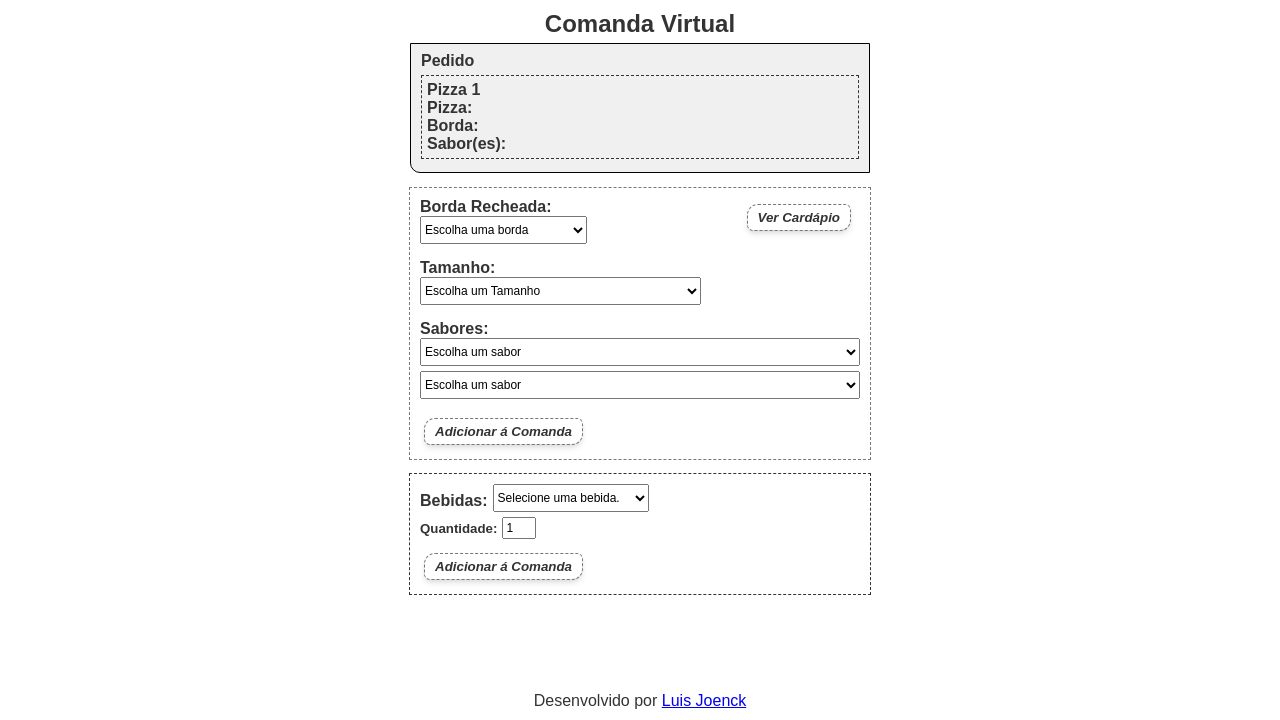
Repository: Joenck91/front-comanda-virtual
Page: index.html
These files come from the project's save history. The page is drawn as it stood at one moment and after the next save; the edit follows.
The browser window is 1280 px wide. The pictures show the whole page.
After loading, the first visible `form.unit-pizza-box` was submitted once.

Above is the page before, as saved 2025-10-05 14:36:36.

### index.html
<!DOCTYPE html>
<html lang="pt-br">
<head>
    <meta charset="UTF-8">
    <meta name="viewport" content="width=device-width, initial-scale=1.0">
    <title>Virtual Command</title>
    <link rel="stylesheet" href="style/base.css">
    <link rel="stylesheet" href="style/layout.css">
    <link rel="stylesheet" href="style/modules.css">
    <link rel="stylesheet" href="style/themes.css">
    <link rel="stylesheet" href="style/responsive.css">
</head>
<body class="body-style">
    <header>
        <div class="title-buttons">
            <h2>Comanda Virtual</h2>
        </div>
        <div class="command-box" id="total">
            <p><strong>Pedido</strong></p>
            <div class="ordered-items" id="ordered-items">
                <p>Nenhum item adicionado.</p>
            <!--CRIAR ESTRUTURA DE PEDIDO COM JSON-->
            </div>
        </div>
    </header>

    <main>
        <!-- Cardápio-->
        <div class="view-menu-box" id="view-menu-box"></div>
        <!-- Formulário de Pizzas-->
        <form class="unit-pizza-box">

            <!-- Borda recheada -->
            <div class="border-pizza-box pad-bot-10">
                <label for="border"><h4>Borda Recheada:</h4></label>
                <select name="border" id="border">
                    <option value="" selected >Escolha uma borda</option>
                </select>
            </div>

            <!-- Tamanho da pizza -->
            <div class="size-pizza-box pad-bot-10">
                <label for="size"><h4>Tamanho:</h4></label>
                <select name="size" id="size">
                    <option value="" selected >Escolha um Tamanho</option>
                </select>
            </div>

            <!-- Sabores -->
            <div id="choose-pizza-box" class="choose-pizza-box pad-bot-10">
                <button type="button" class="buttons-style view-menu-button" id="view-menu"><strong>Ver Cardápio</strong></button>
                <label for="flavors"><h4>Sabores:</h4></label>
                <select name="flavors" id="flavor_one" class="flavor_one">
                    <option value="" selected >Escolha um sabor</option>
                </select>
                <select name="flavors" id="flavor_two" class="flavor_two">
                    <option value="" selected >Escolha um sabor</option>
                </select>
                <select name="flavors" id="flavor_three" class="flavor_three">
                    <option value="" selected >Escolha um sabor</option>
                </select>
                <select name="flavors" id="flavor_four" class="flavor_four">
                    <option value="" selected >Escolha um sabor</option>
                </select>
            </div>

            <button type="submit" class="buttons-style"><strong>Adicionar á Comanda</strong></button>
        </form>

        <!-- Formulário de Bebidas -->
        <form class="command-drink">
            <div class="choose-drink-box">
                <label for="drinks"><h4>Bebidas:</h4></label>
                <select name="drinks" id="">
                    <option value="drinks">Selecione uma bebida.</option>
                </select>
            </div>
            <div class="unit-input-drink">
                <label for="unit-drink"><h5>Quantidade:</h5></label>
                <input type="number" name="unit-drink" id="unit-drink" min="1" value="1" required>
            </div>
            <button type="submit" class="buttons-style"><strong>Adicionar á Comanda</strong></button>
        </form>
    </main>
    <footer>
        <p>Desenvolvido por <a href="www.instagram.com/joenckluis">Luis Joenck</a></p>
    </footer>

<script type="module" src="script/main.js"></script>
</body>
</html>

### style/base.css
*{
    margin:0;
    padding:0;
    box-sizing:border-box;
}
html, body{
    width:100%;
    height: 100%;
    display:flex;
    flex-direction:column;
    align-items: center;
    justify-content: start;
    overflow: auto;
    font-family: Arial, Helvetica, sans-serif;
    color: #333;
}
body{
    max-width: 500px;
}
header{
    width: 100%;
    display: flex;
    flex-direction: column;
    justify-content: center;
    align-items: center;
    padding: 10px 20px 0 20px;
    top:0;
    left: 0;
    z-index: 1000;
    background-color: white;
}
main{
    flex: 1;
    overflow: auto;
    margin: 0 auto;
    padding: 0 20px;
    border-radius: 4px;
    width: 100%;
    max-width: 100%;
    position: relative;
}
h1{
    padding-bottom: 15px;
}
h2{
    padding-bottom: 5px;
}
li{
    font-style: italic;
}
button{
    background-color: #ccc;
    color: #333;
    padding: 5px 10px;
    border: 1px solid #333;
    border-radius: 5px;
    margin:5px;
    box-shadow: 0 4px 6px rgba(0, 0, 0, 0.1),
    0 2px 4px rgba(0, 0, 0, 0.06);
}
button:hover{
    cursor:pointer;
}
select{
    margin-bottom: 5px;
    padding: 5px 0;
    font-size: 12px;
}
label{
    margin-right: 5px;
}
input[type="number"] {
    font-size: 12px;
    padding: 2px;
    width: 5ch;
}
input:hover{
    cursor: pointer;
}
option p{
    background-color: #f0f0f0;
    padding: 5px;
}
footer{
    padding: 10px;
}

### style/layout.css
/*-----------------------------------------------------------------------------*/
/*                               HEADER                                        */
/*-----------------------------------------------------------------------------*/

/*-----------------------------------------------------------------------------*/
/*                          PEDIDO                                     */
/*-----------------------------------------------------------------------------*/
.command-box{
    background-color:#f0f0f0;
    width: 100%;
    padding: 8px 10px;
    height: fit-content;
    border-bottom-left-radius: 10px;
    border: 1px solid black;
    display: flex;
    flex-direction: column;
}
.ordered-item{
    border: 1px dashed #333;
    padding: 5px;
    margin: 5px 0;
    min-width: 100%;
}

/*-----------------------------------------------------------------------------*/
/*                              CARDÁPIO                                       */
/*-----------------------------------------------------------------------------*/
.view-menu-box{/*pagina do cardápio*/
    position: absolute;
    right: 20px;
    left: 20px;
    background-color:rgb(255, 244, 227);
    padding: 10px;
    width: fit-content;
    max-width: 94%;
    height: 80vh;
    overflow: auto;
    border-radius: 15px;
    display: none;
    flex-direction: column;
    box-shadow: 0 4px 8px #00000033;
    z-index: 1000;
    outline: 1px dashed #333;
}
.menu-title{/*titulos do cardápio 'pizzas/bebidas*/
    border-bottom: 2px dashed black;
    text-align: center;
    padding: 3px;
    margin: 15px 0;
}
.menu-item{/*Itens do menu*/
    margin: 3px 0;
}
.pizza-description{/*Descrições de cada item*/
    margin-left: 25px;
}
/*-----------------------------------------------------------------------------*/
/*                        UNIDADE DE PIZZA                                     */
/*-----------------------------------------------------------------------------*/
.unit-pizza-box{/*Div pai com as opções de escolhas de uma pizza.*/
    outline: 1px dashed #777;
    padding: 10px;
    margin: 15px 0;
}
.border-pizza-box, .size-pizza-box{/*Box com opções de bordas*/

    display: flex;
    flex-direction: column;
    width: fit-content;
    align-items: start;
}
.choose-pizza-box{/*box referente aos campos para escolher sabores*/
    display: flex;
    flex-direction: column;
    position: relative;
}
.flavor_three, .flavor_four{/*Referente ao terceiro e quarto sabro que só devem aparecer conforme escolha de tamanhos.*/
    display: none;
}
/*-----------------------------------------------------------------------------*/
/*                        UNIDADE DE BEBIDA                                    */
/*-----------------------------------------------------------------------------*/
.command-drink{/*Div pai com as opções de escolhas de uma bebida*/
    outline: 1px dashed #333;
    padding: 10px;
    margin: 15px 0;
}
.choose-drink-box, .unit-input-drink{
    display: flex;
    flex-direction: row;
    align-items: center;
}
.unit-input-drink{
    padding-bottom: 10px;
}

### style/modules.css
/*-----------------------------------------------------------------------------*/
/*                             BOTÕES                                          */
/*-----------------------------------------------------------------------------*/
.view-menu-button{
    position: absolute;
    top: -120px;
    right: 5px;;
}
.menu-exit{/*botão que fecha o cardápio*/
    display: flex;
    position: sticky;
    top:0;
    width: fit-content;
    margin-left: auto;
    background-color: #f0f0f0;
    box-shadow: 0 4px 6px rgba(0, 0, 0, 0.1),
    0 2px 4px rgba(0, 0, 0, 0.06);
    border-radius: 2px 10px;
}
.buttons-style{/*Estilo para os botões*/
    width: fit-content;
    outline: 1px dashed #777;
    border: none;
    border-radius: 10px 5px;
    background-color: white;
    font-style: italic;
}
/*-----------------------------------------------------------------------------*/
/*                     PARA VÁRIOS ELEMENTOS                                   */
/*-----------------------------------------------------------------------------*/
.pad-bot-10{
    padding-bottom: 10px;
}

### script/main.js
import viewMenuBox from "./interface/view-menu.js";
import menuShowClose from "./buttons/menu-show-close.js";
import * as inputsContent from "./interface/inputs-contents.js"
import chooseSize from "./interface/choose-sizes.js";
import * as writingOrders from "./command/orders.js";

//Funções que precisam acessar json.
document.addEventListener('DOMContentLoaded', ()=>{
    // Faz uma requisição GET para a rota /api/menu para buscar os dados do cardápio.
    fetch('./data/menu.json')
    .then(res => res.json()) // Converte a resposta para JSON.
    .then(menu => {


        viewMenuBox(menu);  //Carrega menu.
        menuShowClose();    //Abre e fecha cardápio.
        inputsContent.showBorders(menu.borders);//Opções de bordas
        inputsContent.showsizes(menu.sizes);//Opções de tamanhos
        inputsContent.showFlavors(menu.pizzas);//Opções de pizzas
        inputsContent.showDrinks(menu.drinks);  //Opções de bebidas
        chooseSize();//Define quantidade de sabores de acordo com o tamanho selecionado.
        writingOrders.writingOrder(menu);//Armazena as opçoes escolhidas pelo usuário na variável orders


    })
    .catch(err => console.error('Erro ao carregar menu:', err));// Captura e exibe no console qualquer erro ocorrido ao carregar o menu.
});

### script/interface/view-menu.js
/* ********FUNÇÃO QUE CRIA O CARDÁPIO ******** */


export default function viewMenuBox (menu){
  const box = document.getElementById('view-menu-box');
        box.innerHTML = ''; // Limpa o conteúdo da div

        //Cria o titula Pizzas
        const titlePizza = document.createElement('h3');
        titlePizza.classList.add('menu-title');
        titlePizza.textContent = 'Pizzas';
        box.appendChild(titlePizza);

        const exit = document.createElement('button');
        exit.type ='button';
        exit.classList.add('menu-exit')
        exit.classList.add('exit-delete')
        exit.id = 'menuExit';
        exit.textContent = 'Sair';
        box.appendChild(exit);

        // Cria a lista das pizzas
        menu.pizzas.forEach(pizza => {
          const pizzaDiv = document.createElement('div');
          pizzaDiv.classList.add('menu-item'); // você pode estilizar no CSS

          const pizzaTitle = document.createElement('h4');
          pizzaTitle.textContent = `🍕 ${pizza.name}`;

          const pizzaDesc = document.createElement('p');
          pizzaDesc.classList.add('pizza-description')
          pizzaDesc.textContent = pizza.description;

          pizzaDiv.appendChild(pizzaTitle);
          pizzaDiv.appendChild(pizzaDesc);
          box.appendChild(pizzaDiv);
        });

        //Cria o titulo Bebidas
        const titleDrink = document.createElement('h3');
        titleDrink.classList.add('title');
        titleDrink.textContent = 'Bebidas';
        box.appendChild(titleDrink);

        //Cria a lista das bebidas
        menu.drinks.forEach(drink => {
          const drinkDiv = document.createElement('div');
          drinkDiv.classList.add('item');

          const drinkTitle = document.createElement('h4');
          drinkTitle.textContent = `🥤 ${drink.name} - R$ ${drink.price.toFixed(2)}`;

          drinkDiv.appendChild(drinkTitle);
          box.appendChild(drinkDiv);
        });
};

### script/buttons/menu-show-close.js

//Função para mostrar cardápiio e fechar cardápio
export default function menuShowClose (){
    const viewMenu = document.getElementById('view-menu');//Identifica o botão com "Ver cardápio"
    const closeMenu = document.getElementById('menuExit');//Identifica botão "sair" do cardápio.
    const menuBox = document.querySelector('.view-menu-box');//Identifica div que mostra cardápio

    viewMenu.addEventListener('click',()=>{//Escuta o evento de clique no botão "Ver cardápio"
        console.log("abrir")
        menuBox.style.display = 'flex';
    });
    closeMenu.addEventListener('click', ()=>{//Escuta o evento clique no botão "sair"
       console.log("sair");
        menuBox.style.display = 'none';
    });
};

### script/interface/inputs-contents.js
// Funções para preencher os selects
function showsizes(sizes) {
    const selectSizes = document.getElementById("size");
    sizes.forEach(size => {
        const option = document.createElement("option");
        option.value = size.name;
        option.textContent = `${size.name} - R$${size.price.toFixed(2)}`;
        selectSizes.appendChild(option);
    });
}

function showFlavors(pizzas) {
    const selectsFlavors = [
        document.getElementById("flavor_one"),
        document.getElementById("flavor_two"),
        document.getElementById("flavor_three"),
        document.getElementById("flavor_four")
    ];

    selectsFlavors.forEach(select => {
        pizzas.forEach(pizza => {
            const option = document.createElement("option");
            option.value = pizza.name;
            option.textContent = pizza.name;
            select.appendChild(option);
        });
    });
}

function showBorders(borders) {
    const selectBorder = document.getElementById("border");
    borders.forEach(border => {
        const option = document.createElement("option");
        option.value = border.name;
        option.textContent = `${border.name} - R$${border.price.toFixed(2)}`;
        selectBorder.appendChild(option);
    });
}

function showDrinks(drinks) {
    const selectDrinks = document.querySelector('.command-drink select');
    drinks.forEach(drink => {
        const option = document.createElement("option");
        option.value = drink.name;
        option.textContent = `${drink.name} - R$${drink.price.toFixed(2)}`;
        selectDrinks.appendChild(option);
    });
}

export {showBorders, showsizes, showFlavors, showDrinks};

### script/interface/choose-sizes.js
// Pega o select de tamanho
const selectSize = document.getElementById("size");

// Variável para armazenar o tamanho selecionado
let sizeChecked = "";

//Função para exibir os sabores de acordo com a escolha do tamanho da pizza
function updateFlavor(size) {
    document.querySelector('.flavor_three').style.display = (size === 'GRANDE(3 sabores, 12 fatias, 35cm)' || size === 'GIGANTE(4 sabores, 16 fatias, 40cm)' || size === 'KING(4 sabores, 20 fatias, 45cm)') ? 'flex' : 'none';//Se o tamanho for grande, gigante e king: aparece o terceiro sabor
    document.querySelector('.flavor_four').style.display = (size === 'GIGANTE(4 sabores, 16 fatias, 40cm)' || size === 'KING(4 sabores, 20 fatias, 45cm)') ? 'flex' : 'none';//Se o tamanho for gigante e king: aparece o quarto sabor.
}

export default function chooseSizes (){
        // Escuta quando o usuário muda a opção
    selectSize.addEventListener("change", (event) => {
        sizeChecked = event.target.value; // aqui está o valor selecionado
        updateFlavor(sizeChecked);
    });
};

### script/command/orders.js
import  showItems from "../interface/command-box/show-items.js";
//Array que guarda todos os pedidos da sessão
let notedOrder = {
    pizzas: [],
    drinks: []
};

function writingOrder (menu){
    // Captura o envio do formulário de pizza
    const formPizza = document.querySelector('.unit-pizza-box');
    formPizza.addEventListener('submit', (e) => {
        e.preventDefault(); // evita reload da página
        //código aqui

        const pizzaOrder = {
            pizza: document.getElementById('size').value,
            borda: document.getElementById('border').value,
            sabores: [
                document.getElementById('flavor_one').value,
                document.getElementById('flavor_two').value,
                document.getElementById('flavor_three').value,
                document.getElementById('flavor_four').value
            ].filter(s => s), // remove strings vazias
        };

        // Adiciona ao array de pedidos
        notedOrder.pizzas.push(pizzaOrder);

        // Atualiza a exibição dos itens pedidos
        showItems(notedOrder);


        console.log(notedOrder);


    });

    //Captura o envio do formulário de bebidas
    const formDrinks = document.querySelector('.command-drink');
    formDrinks.addEventListener('submit', (e) =>{
        e.preventDefault(); //evita reload da página
        //código aqui
        const drinkOrder = {
            bebida: document.querySelector('.command-drink select').value,
            quantidadeBebida: parseInt(document.getElementById('unit-drink').value, 10)
        };

        // Adiciona ao array de pedidos
        notedOrder.drinks.push(drinkOrder);
        // Atualiza a exibição dos itens pedidos
        showItems(notedOrder);


        console.log(notedOrder);
    });

};

export {writingOrder, notedOrder};

### script/interface/command-box/show-items.js

//função que mostra os itens pedidos na interface
export default function showItems(notedOrder){
    const orderedItemsDiv = document.getElementById('ordered-items');
    orderedItemsDiv.innerHTML = ''; // Limpa o conteúdo anterior

    // Mostra pizzas
    notedOrder.pizzas.forEach((pizza, index) => {
        const pizzaDiv = document.createElement('div');
        pizzaDiv.classList.add('ordered-item');
        pizzaDiv.innerHTML = `
            <h4>Pizza ${index + 1}</h4>
            <p><strong>Pizza:</strong> ${pizza.pizza}</p>
            <p><strong>Borda:</strong> ${pizza.borda}</p>
            <p><strong>Sabor(es):</strong> ${pizza.sabores.join(', ')}</p>
        `;
        orderedItemsDiv.appendChild(pizzaDiv);
    });

    // Mostra bebidas
    notedOrder.drinks.forEach((drink, index) => {
        const drinkDiv = document.createElement('div');
        drinkDiv.classList.add('ordered-item');
        drinkDiv.innerHTML = `
            <h4>Bebida ${index + 1}</h4>
            <p><strong>Tipo:</strong> ${drink.bebida}</p>
            <p><strong>Quantidade:</strong> ${drink.quantidadeBebida}</p>
        `;
        orderedItemsDiv.appendChild(drinkDiv);
    });
};

Loaded but not shown: data/menu.json (282 lines, source omitted); style/themes.css (no stored copy; drawn as an empty file); style/responsive.css (no stored copy; drawn as an empty file)

After the next save:
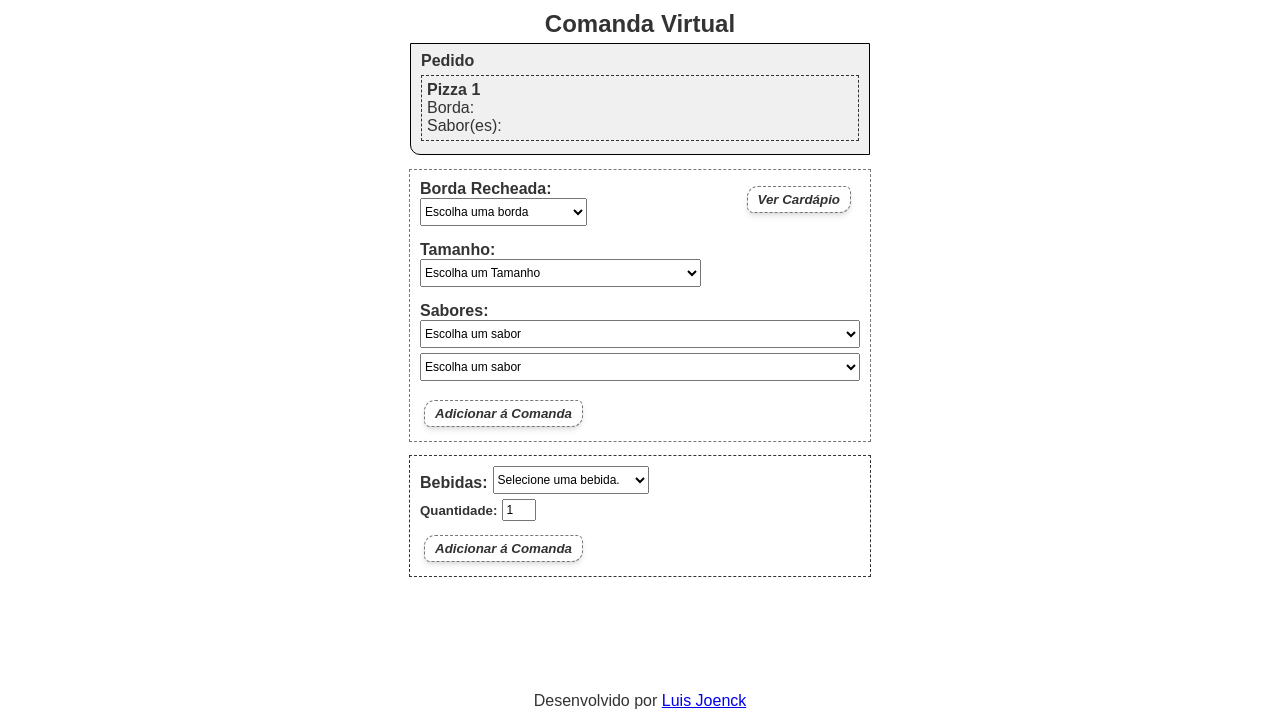
Saved 43 s later.
--- a/script/interface/command-box/show-items.js
+++ b/script/interface/command-box/show-items.js
@@ -10,9 +10,9 @@ export default function showItems(notedOrder){
         pizzaDiv.classList.add('ordered-item');
         pizzaDiv.innerHTML = `
             <h4>Pizza ${index + 1}</h4>
-            <p><strong>Pizza:</strong> ${pizza.pizza}</p>
-            <p><strong>Borda:</strong> ${pizza.borda}</p>
-            <p><strong>Sabor(es):</strong> ${pizza.sabores.join(', ')}</p>
+            <p><Pizza: ${pizza.pizza}</p>
+            <p>Borda: ${pizza.borda}</p>
+            <p>Sabor(es): ${pizza.sabores.join(', ')}</p>
         `;
         orderedItemsDiv.appendChild(pizzaDiv);
     });
